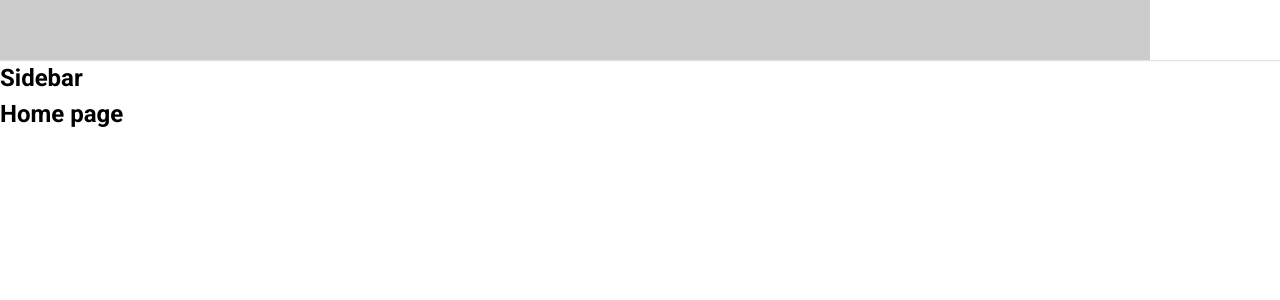
Repository: nguyenhaidang212/tiktok
Page: /
The author's editor kept a copy of each file at every save. The page is drawn from the files as they stood at one save, then again after the next save.
The browser window is 1280 px wide. The pictures show the whole page.
The project was rebuilt for these pictures with package versions that can differ from the ones it lists, and the page was loaded fresh each time. Also part of the build but not shown: src/pages/Following/index.js, src/pages/Profile/index.js, src/pages/Upload/index.js, src/components/Layout/HeaderOnly/index.js, src/pages/Search/index.js.

Above is the page before, as saved 2023-04-27 13:05:41.

### src/App.js
import { BrowserRouter as Router, Routes, Route } from 'react-router-dom';
import { publicRoutes } from '~/routes';
import { DefaultLayout } from '~/components/Layout';
import { Fragment } from 'react';

function App() {
    return (
        <Router>
            <div className="App">
                <Routes>
                    {publicRoutes.map((route, index) => {
                        let Layout = DefaultLayout;
                        if (route.layout) {
                            Layout = route.layout;
                        } else if (route.layout === null) {
                            Layout = Fragment;
                        }
                        const Page = route.component;
                        return (
                            <Route
                                key={index}
                                path={route.path}
                                element={
                                    <Layout>
                                        <Page />
                                    </Layout>
                                }
                            />
                        );
                    })}
                </Routes>
            </div>
        </Router>
    );
}

export default App;

### src/routes/index.js
import Home from '~/pages/Home';
import Following from '~/pages/Following';
import Profile from '~/pages/Profile';
import Upload from '~/pages/Upload';
import { HeaderOnly } from '~/components/Layout/';
import Search from '~/pages/Search';
const publicRoutes = [
    { path: '/', component: Home },
    {
        path: '/following',
        component: Following,
    },
    { path: '/profile', component: Profile },
    { path: '/upload', component: Upload, layout: HeaderOnly },
    { path: '/search', component: Search, layout: null },
];
const privateRoutes = [];

export { publicRoutes, privateRoutes };

### src/components/GlobalStyles/GlobalStyles.scss
@import 'normalize.css';
@import url('https://fonts.googleapis.com/css2?family=Roboto:wght@300;400;500;700&display=swap');

:root {
    --primary: #fe2c55;
}
* {
    margin: 0;
    padding: 0;
    box-sizing: border-box;
}
html {
    font-size: 62.5%;
}
body {
    font-family: 'Roboto', sans-serif;
    font-size: 1.6rem;
    line-height: 1.5;
    text-rendering: optimizeSpeed;
}

### src/pages/Home/index.js
import React from 'react';

const Home = () => {
    return <h2>Home page</h2>;
};

export default Home;

### src/components/Layout/DefaultLayout/index.js
import React from 'react';
import Header from '~/components/Layout/components/Header';
import Sidebar from './Sidebar';

export default function DefaultLayout({ children }) {
    return (
        <div>
            <Header />
            <div className="container">
                <Sidebar />
                <div className="content">{children}</div>
            </div>
        </div>
    );
}

### src/components/Layout/components/Header/index.js
import React from 'react';
import styles from './Header.module.scss';
import classNames from 'classnames/bind';

const cx = classNames.bind(styles);

export default function Header() {
    return (
        <header className={cx('wrapper')}>
            <div className={cx('inner')}></div>
        </header>
    );
}

### src/components/Layout/DefaultLayout/Sidebar/index.js
import React from 'react';

export default function Sidebar() {
    return <h2>Sidebar</h2>;
}

### src/components/Layout/components/Header/Header.module.scss
.wrapper {
    height: 60px;
    box-shadow: 0px 1px 1px rgb(0 0 0/12%);
}
.inner {
    height: 100%;
    width: 1150px;
    background-color: #ccc;
    display: flex;
    justify-content: center;
}

Loaded but not shown: public/index.html (common file); src/index.js (common file); src/reportWebVitals.js (common file); src/components/GlobalStyles/index.js (common file); src/components/Layout/index.js (common file)

After the next save:
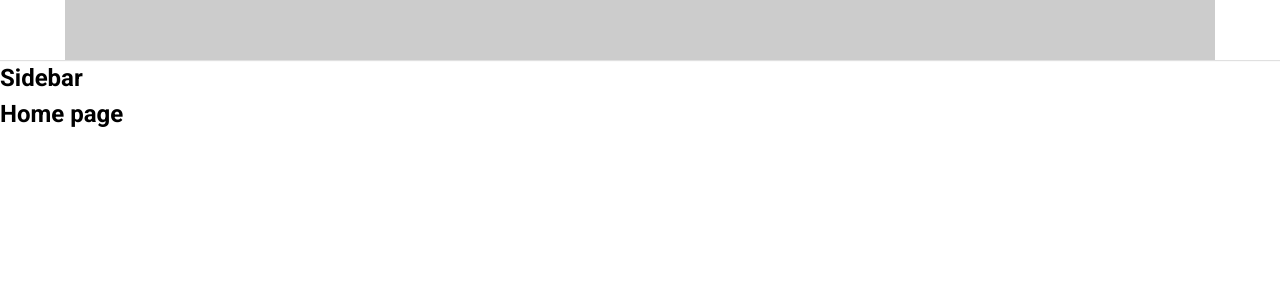
Saved 20 s later.
--- a/src/components/Layout/components/Header/Header.module.scss
+++ b/src/components/Layout/components/Header/Header.module.scss
@@ -1,11 +1,11 @@
 .wrapper {
     height: 60px;
     box-shadow: 0px 1px 1px rgb(0 0 0/12%);
+    display: flex;
+    justify-content: center;
 }
 .inner {
     height: 100%;
     width: 1150px;
     background-color: #ccc;
-    display: flex;
-    justify-content: center;
 }
